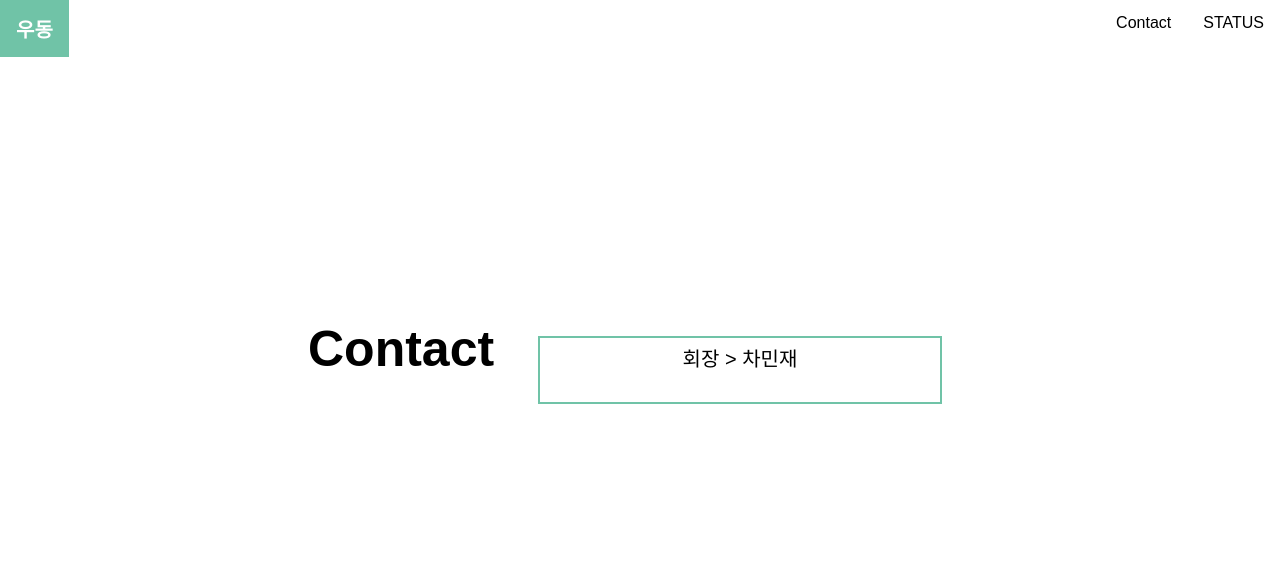
Repository: charmingjae/circles
Page: http://localhost/circles/root/contact.jsp
An editor plug-in stored every save of this project. The page is shown before and after the next save, followed by the edit.
The browser window is 1280 px wide. The pictures show the whole page.
Some web fonts or font styles are not loaded; a fallback is used. The page is served by Tomcat 9. Other server files are loaded and not shown.

Above is the page before, as saved 2020-07-09 14:57:53.

### circles/WebContent/root/contact.jsp
<%@ page language="java" contentType="text/html; charset=UTF-8"
    pageEncoding="UTF-8"%>
<!DOCTYPE html>
<html>
<head>
	<meta charset="UTF-8">
	<title>MOJUK</title>

	<!-- Link contact.css -->
	<link href="../css/contact.css" rel="stylesheet" type="text/css">
</head>
<body>
	<!-- include header -->
	<%@include file ="../navbar/navbar.jsp" %>

	<form onsubmit="return false;" action="wrInfo.jsp" class="container" method="post" name="frmStuNo">
		<div class="container">
			<span id="head"> Contact </span>
			<div class="main">
				<span id="showEtc"> 회장 > 차민재 </span>
			</div>
		</div>
	</form>
</body>
</html>

### circles/WebContent/navbar/navbar.jsp
<%@ page language="java" contentType="text/html; charset=UTF-8"
    pageEncoding="UTF-8"%>
<!DOCTYPE html>
<html>
<head>
<meta charset="UTF-8">
<title></title>

	<!-- Link navbar.css -->
	<link href="../css/navbar.css" rel="stylesheet" type="text/css">
</head>
	<%
		String getSession = (String)session.getAttribute("userID");
	%>
<body>
	<ul id="main-menu">
		<li class="headName" id="main-menu1"><a href="../root/index.jsp" class="headName">우동</a></li>
		<%
			if((getSession != null) && (getSession.isEmpty() == false)){
				%>
				<li style="float:right" id="main-menu2"><a class="active" href="../root/admPg.jsp"><%=getSession %>님 환영합니다.</a>
					<ul id="sub-menu">
						<li><a class="subAct" href="../mojuk/member.jsp">🍀동아리원🍀</a></li>
						<li><a class="subAct" href="../proc/logout.jsp">로그아웃</a></li>
					</ul>
				</li>
				<%
			}
			else{

				%>
				<li style="float:right"><a class="active" href="../root/status.jsp">STATUS</a></li>
				<%
			}
		%>
		<li style="float:right"><a class="active" href="../root/contact.jsp">Contact</a></li>
	</ul>
</body>
</html>

### circles/WebContent/css/contact.css
@charset "UTF-8";


@import url(https://cdn.jsdelivr.net/gh/moonspam/NanumSquare@1.0/nanumsquare.css);

body {
    font-family: 'NanumSquare', sans-serif;
}

/* Chrome, iex, fire-fox Settings */
input:-ms-input-placeholder {color:#a8a8a8;}
input::-webkit-input-placeholder{color:#a8a8a8;}
input::-moz-placeholder{columns: #a8a8a8;}

/* Head Comment */
/* 나중에 px단위를 가변 단위로 바꿀 수 있으면 좋겠다. :-) */

html,body{
	height: 100%;
}

body{
	display:table-cell;
	margin: 0 auto;
}

/* .container{
	height: 100%;
	display: table-cell;
	vertical-align: middle;
	text-align:center;
} */

.container{
	display:inline-block;
	width:100%;
	position:absolute;
	left:50%;
	top:50%;
	transform: translate(-50%, -50%);
	vertical-align: middle;
	text-align:center;
}


/* Contact 관련 css */
#head{
	font-size: 50px;
	font-weight: bold;
}


/* 학번 입력 div Settings */
div .main{
	margin-left: 30px;
	margin-right: 30px;
	display:inline-block;
    height:100%;
    width: 400px;
    border: 2px solid #70c3a7;
    background: #ffffff;
    margin-top: 20px;
}


#showEtc{
	font-size:20px;
	display:block;
	margin-top : 5px;
	margin-bottom: 30px;
}

### circles/WebContent/css/navbar.css
@charset "UTF-8";

@import url(https://cdn.jsdelivr.net/gh/moonspam/NanumSquare@1.0/nanumsquare.css);

body {
    font-family: 'NanumSquare', sans-serif;
}

ul{
	width:100%;
	list-style-type: none;
	margin: 0;
	padding: 0;
	background-color: #ffffff;
	position:fixed;
}

li {
	float:none;
}

a {

  display: inline-block;
  color: black;
  text-align: center;
  padding: 14px 16px;
  text-decoration: none;
}

/* Change the link color to #111 (black) on hover */
a:hover {
  background-color: #70c3a7;
  color:#ffffff;
}

li .headName{
	font-weight: bold;
}

#sub-menu{
	position:absolute;
	opacity: 0;
	visibility: hidden;
}

#main-menu1{
	font-size: 20px;
}

#main-menu1, #main-menu2{
	float:left;
}

#main-menu2:hover #sub-menu{
	opacity:1;
	visibility:visible;
}
.subAct{
	width:130px !important;
}

After the next save:
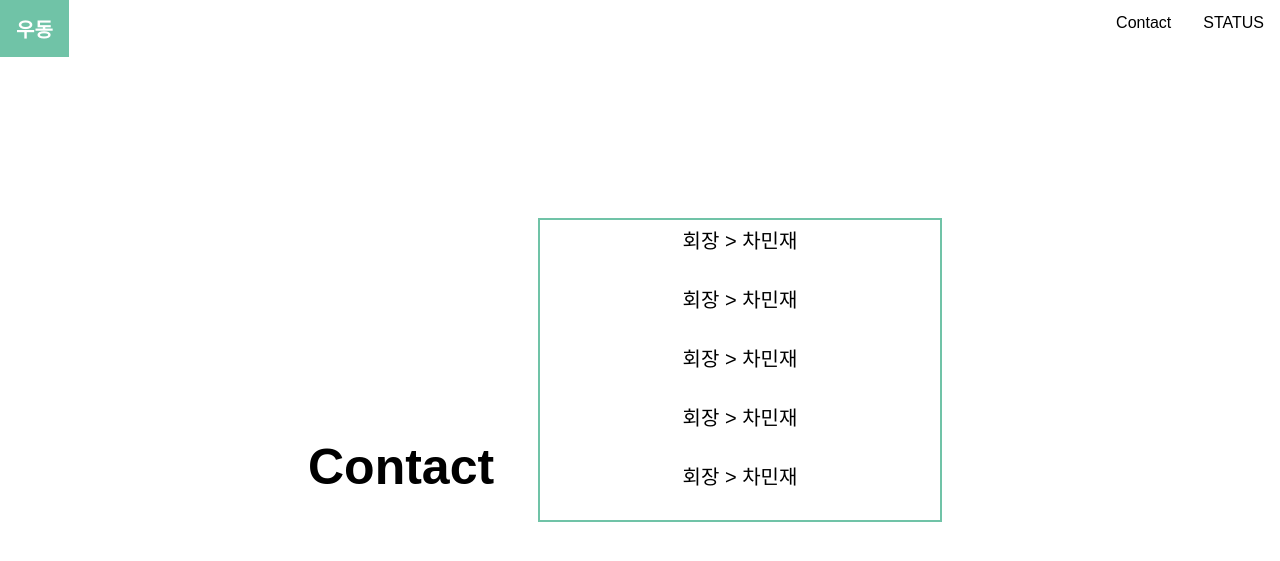
Saved 26 s later.
--- a/circles/WebContent/root/contact.jsp
+++ b/circles/WebContent/root/contact.jsp
@@ -18,6 +18,10 @@
 			<span id="head"> Contact </span>
 			<div class="main">
 				<span id="showEtc"> 회장 > 차민재 </span>
+				<span id="showEtc"> 회장 > 차민재 </span>
+				<span id="showEtc"> 회장 > 차민재 </span>
+				<span id="showEtc"> 회장 > 차민재 </span>
+				<span id="showEtc"> 회장 > 차민재 </span>
 			</div>
 		</div>
 	</form>
